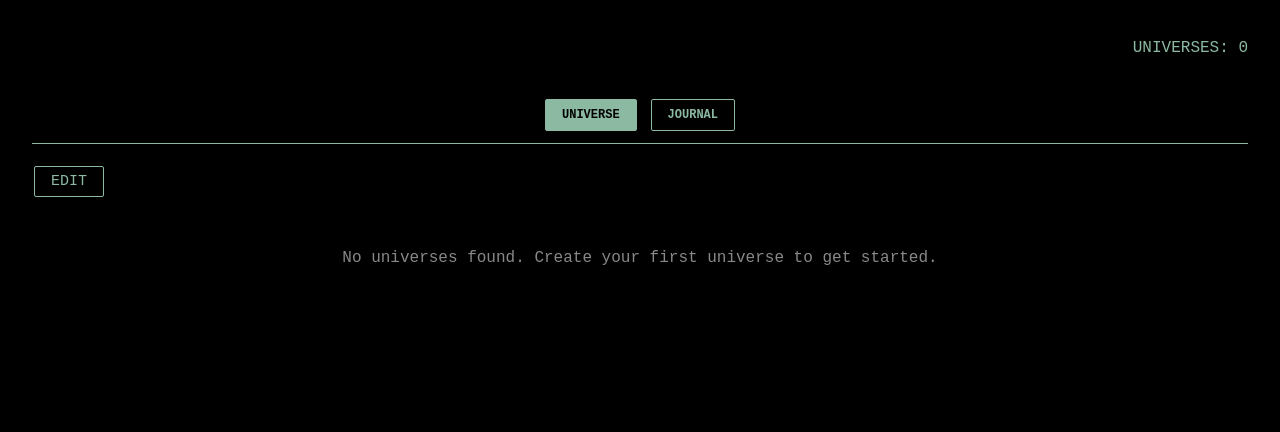
Repository: 11612x/burnlistv1.1
Page: /universes
An editor plug-in stored every save of this project. The page is shown before and after the next save, followed by the edit.
The browser window is 1280 px wide. The pictures show the whole page.
The project was rebuilt for these pictures with package versions that can differ from the ones it lists, and the page was loaded fresh each time. Also part of the build but not shown: vite.config.js, src/components/CustomTooltip.jsx, src/logic/portfolioUtils.js, src/components/WatchlistChart.jsx, src/data/randomNames.js, src/data/mockTickerGenerator.js, src/components/NotificationBanner.jsx, src/pages/HomePage.jsx and 21 more.

Above is the page before, as saved 2025-07-25 16:28:37.

### index.html
<!DOCTYPE html>
<html lang="en">
  <head>
    <meta charset="UTF-8" />
    <meta name="viewport" content="width=device-width, initial-scale=1.0, maximum-scale=1.0, user-scalable=no" />
    <meta name="apple-mobile-web-app-capable" content="yes" />
    <meta name="apple-mobile-web-app-status-bar-style" content="black-translucent" />
    <meta name="theme-color" content="#000000" />
    <meta name="mobile-web-app-capable" content="yes" />
    <title>Burnlist</title>
    <link rel="icon" type="image/x-icon" href="/favicon.ico" />
    <link rel="apple-touch-icon" href="/favicon.ico" />
  </head>
  <body>
    <div id="root"></div>
    <script type="module" src="/src/main.jsx"></script>
  </body>
</html>

### src/main.jsx
import React from 'react';
import ReactDOM from 'react-dom/client';
import App from './App';
import './index.css';
import MockWatchlistPage from './pages/MockWatchlistPage';

console.log("MAIN.JSX is running");


ReactDOM.createRoot(document.getElementById('root')).render(<App />);

### src/App.jsx
// React core and lifecycle
import React, { useState, useEffect } from "react";
// React Router for routing
import { BrowserRouter as Router, Routes, Route } from "react-router-dom";
// App pages
import Home from "@pages/HomePage";
import BurnPage from "@pages/burnPage";
import MockWatchlistPage from "@pages/MockWatchlistPage";
import UniverseScreenerPage from "@pages/UniverseScreenerPage";
import UniverseHomePage from "@pages/UniverseHomePage";
import TradeDashboard from './pages/TradeDashboard';
import TradeJournal from './pages/TradeJournal';
import AddStockPricePage from './pages/AddStockPricePage';
// Fetch manager for cleanup
import { fetchManager } from '@data/fetchManager';
import { ThemeProvider } from './ThemeContext';
import MobileNavigation from './components/MobileNavigation';


function App() {
  // Load watchlists from localStorage or default to empty object
  const [watchlists, setWatchlists] = useState(() => {
    try {
      const saved = localStorage.getItem("burnlist_watchlists");
      console.log("Loaded watchlists from localStorage:", saved);
      return saved ? JSON.parse(saved) : {};
    } catch {
      return {};
    }
  });

  // Persist watchlists to localStorage on changes
  useEffect(() => {
    console.log("Saving watchlists to localStorage:", watchlists);
    localStorage.setItem("burnlist_watchlists", JSON.stringify(watchlists));
  }, [watchlists]);

  // Cleanup fetch manager on app unmount
  useEffect(() => {
    return () => {
      fetchManager.cleanup();
    };
  }, []);

  return (
    <ThemeProvider>
      <Router>
        <Routes>
          <Route
            path="/"
            element={<Home watchlists={watchlists} setWatchlists={setWatchlists} />}
          />
          <Route
            path="/watchlist/:slug"
            element={<BurnPage watchlists={watchlists} setWatchlists={setWatchlists} />}
          />
          {/* Route for mock watchlist testing - remove when not needed */}
          <Route path="/mockwatchlist" element={<MockWatchlistPage />} />
          {/* Route for Universe Homepage */}
          <Route path="/universes" element={<UniverseHomePage />} />
          {/* Route for Universe Screener */}
          <Route path="/universe/:slug" element={<UniverseScreenerPage />} />
          <Route path="/trade" element={<TradeDashboard />} />
          <Route path="/journal" element={<TradeJournal />} />
          <Route path="/add-stock-price" element={<AddStockPricePage />} />
        </Routes>
        <MobileNavigation />
      </Router>
    </ThemeProvider>
  );
}

export default App;

### src/pages/UniverseHomePage.jsx
import React, { useEffect, useState, useRef, useMemo, useCallback } from 'react';
import { Link, useNavigate, useLocation } from 'react-router-dom';
import { v4 as uuidv4 } from 'uuid';
import NotificationBanner from '@components/NotificationBanner';
import CustomButton from '@components/CustomButton';
import { useTheme, useThemeColor } from '../ThemeContext';
import { formatDateEuropean } from '../utils/dateUtils';

const CRT_GREEN = 'rgb(140,185,162)';

const UniverseHomePage = () => {
  const navigate = useNavigate();
  const location = useLocation();
  const [universes, setUniverses] = useState({});
  const [notification, setNotification] = useState('');
  const [notificationType, setNotificationType] = useState('info');
  const [editMode, setEditMode] = useState(false);
  const [justClicked, setJustClicked] = useState(false);
  const [isLoading, setIsLoading] = useState(false);
  const [error, setError] = useState(null);

  const { isInverted } = useTheme();
  const green = useThemeColor(CRT_GREEN);
  const black = useThemeColor('black');
  const red = useThemeColor('#e31507');
  const gray = useThemeColor('#888');

  // Load universes from localStorage on mount
  useEffect(() => {
    try {
      const saved = localStorage.getItem("burnlist_universes");
      if (saved) {
        const parsed = JSON.parse(saved);
        setUniverses(parsed);
      }
    } catch (error) {
      console.error("Failed to load universes:", error);
    }
  }, []);

  // Save universes to localStorage when they change
  useEffect(() => {
    localStorage.setItem("burnlist_universes", JSON.stringify(universes));
  }, [universes]);

  const handleCreateUniverse = () => {
    setJustClicked(true);
    setTimeout(() => setJustClicked(false), 150);

    const currentDate = formatDateEuropean(new Date());

    const universeName = `Universe ${currentDate}`;
    const universeId = uuidv4();
    const universeSlug = universeName.toLowerCase().replace(/[^a-z0-9]/g, '-');

    // Check if name already exists (case-insensitive)
    const exists = Object.values(universes).some(u => u.name && u.name.toLowerCase() === universeName.toLowerCase());
    if (exists) {
      setNotification('⚠️ Universe name already exists');
      setNotificationType('error');
      return;
    }

    const newUniverse = {
      id: universeId,
      name: universeName,
      slug: universeSlug,
      items: [],
      reason: '',
      createdAt: new Date().toISOString(),
    };

    const updated = { ...universes, [universeId]: newUniverse };
    setUniverses(updated);
    localStorage.setItem('burnlist_universes', JSON.stringify(updated));
    setNotification('');
  };

  const handleDeleteUniverse = (id) => {
    const keyToDelete = Object.keys(universes).find(key => universes[key].id === id);

    if (!keyToDelete) {
      console.log('🗑️ Could not find universe with id:', id);
      return;
    }

    const { [keyToDelete]: deleted, ...remaining } = universes;
    setUniverses(remaining);
    localStorage.setItem("burnlist_universes", JSON.stringify(remaining));
    if (deleted) {
      console.log('🗑️ Deleted universe:', deleted.name);
    } else {
      console.log('🗑️ Deleted universe with id:', id);
    }
  };

  const handleUpdateUniverseName = useCallback((id, newName) => {
    // Prevent duplicate names (case-insensitive, except for current)
    const duplicate = Object.values(universes).some(u => u.id !== id && u.name && u.name.toLowerCase() === newName.toLowerCase());
    if (duplicate) {
      setNotification('⚠️ Name already exists');
      setNotificationType('error');
      return;
    }
    setUniverses((prev) => {
      const updated = { ...prev };
      if (updated[id]) {
        updated[id] = { ...updated[id], name: newName, slug: newName.toLowerCase().replace(/[^a-z0-9]/g, '-') };
      }
      localStorage.setItem('burnlist_universes', JSON.stringify(updated));
      return updated;
    });
  }, [setUniverses, universes]);

  const handleUpdateUniverseReason = useCallback((id, newReason) => {
    const updated = {
      ...universes,
      [id]: {
        ...universes[id],
        reason: newReason
      }
    };
    setUniverses(updated);
    localStorage.setItem('burnlist_universes', JSON.stringify(updated));
  }, [setUniverses, universes]);

  // Track editing state and previous name for each universe
  const [editingNames, setEditingNames] = useState({}); // { [id]: { value, prev } }

  // When entering edit mode, initialize editingNames
  useEffect(() => {
    if (editMode) {
      const initial = {};
      Object.values(universes).forEach(u => {
        initial[u.id] = { value: u.name, prev: u.name };
      });
      setEditingNames(initial);
    } else {
      setEditingNames({});
    }
  }, [editMode, universes]);

  // Handler for input change (just update local state)
  const handleEditNameInput = (id, value) => {
    setEditingNames(prev => ({ ...prev, [id]: { ...prev[id], value } }));
  };

  // Handler for blur or 'Done' (validate and commit)
  const commitEditName = (id) => {
    const newName = editingNames[id]?.value || '';
    // Prevent duplicate names (case-insensitive, except for current)
    const duplicate = Object.values(universes).some(u => u.id !== id && u.name && u.name.toLowerCase() === newName.toLowerCase());
    if (duplicate) {
      setNotification('⚠️ Name already exists');
      setNotificationType('error');
      // Revert to previous name
      setEditingNames(prev => ({ ...prev, [id]: { ...prev[id], value: prev[id].prev } }));
      return;
    }
    // Commit the name change
    setUniverses((prev) => {
      const updated = { ...prev };
      if (updated[id]) {
        updated[id] = { ...updated[id], name: newName, slug: newName.toLowerCase().replace(/[^a-z0-9]/g, '-') };
      }
      localStorage.setItem('burnlist_universes', JSON.stringify(updated));
      return updated;
    });
    setEditingNames(prev => ({ ...prev, [id]: { ...prev[id], prev: newName } }));
  };

  const sortedUniverses = useMemo(() => Object.values(universes), [universes]);

  return (
    <div style={{ fontFamily: 'Courier New', color: green, backgroundColor: black, minHeight: '100vh', padding: '0' }}>
      {/* Main Content */}
      <div style={{ padding: '32px' }}>
        <div style={{ display: 'flex', justifyContent: 'space-between', marginBottom: 24 }}>
          <div>
            <strong style={{ fontSize: '170%', color: black }}>UNIVERSE SCREENER</strong>
          </div>
          <div style={{ display: 'flex', alignItems: 'center', gap: 10 }}>
            <span style={{ color: green }}>UNIVERSES: {Object.keys(universes).length}</span>
          </div>
        </div>

        {/* Navigation Buttons */}
        <div style={{
          display: 'flex',
          justifyContent: 'center',
          alignItems: 'center',
          padding: '10px 20px',
          borderBottom: `1px solid ${CRT_GREEN}`,
          background: 'rgba(0,0,0,0.3)',
          gap: '10px',
          marginBottom: '20px'
        }}>
          <CustomButton
            onClick={() => navigate('/universes')}
            style={{
              background: location.pathname === '/universes' || location.pathname.startsWith('/universe/') ? CRT_GREEN : 'transparent',
              color: location.pathname === '/universes' || location.pathname.startsWith('/universe/') ? '#000000' : CRT_GREEN,
              border: `1px solid ${CRT_GREEN}`,
              padding: '8px 16px',
              fontFamily: "'Courier New', monospace",
              fontSize: '12px',
              fontWeight: 'bold',
              cursor: 'pointer',
              transition: 'all 0.2s ease',
              minWidth: '80px',
              textAlign: 'center'
            }}
          >
            UNIVERSE
          </CustomButton>

          <CustomButton
            onClick={() => navigate('/journal')}
            style={{
              background: location.pathname === '/journal' ? CRT_GREEN : 'transparent',
              color: location.pathname === '/journal' ? '#000000' : CRT_GREEN,
              border: `1px solid ${CRT_GREEN}`,
              padding: '8px 16px',
              fontFamily: "'Courier New', monospace",
              fontSize: '12px',
              fontWeight: 'bold',
              cursor: 'pointer',
              transition: 'all 0.2s ease',
              minWidth: '80px',
              textAlign: 'center'
            }}
          >
            JOURNAL
          </CustomButton>
        </div>

      <div style={{ display: 'flex', justifyContent: 'space-between', alignItems: 'center', marginBottom: 16 }}>
        <style>
          {`
            .clicked-button {
              background-color: ${black} !important;
              color: ${green} !important;
            }
          `}
        </style>
        <CustomButton
          onClick={() => {
            setEditMode(!editMode);
            console.log('🛠️ Edit mode:', !editMode);
          }}
          style={{
            backgroundColor: editMode ? green : black,
            color: editMode ? black : green,
          }}
        >
          {editMode ? 'DONE' : 'EDIT'}
        </CustomButton>
      </div>

      {/* Centralized Notification Banner */}
      {notification && (
        <div style={{ position: 'fixed', top: 24, left: 0, right: 0, zIndex: 10001, display: 'flex', justifyContent: 'center', pointerEvents: 'none' }}>
          <div style={{ minWidth: 320, maxWidth: 480, pointerEvents: 'auto' }}>
            <NotificationBanner
              message={notification}
              type={notificationType}
              onClose={() => setNotification('')}
            />
          </div>
        </div>
      )}

      {/* Loading and error banners */}
      {isLoading && (
        <NotificationBanner
          message="Loading universes..."
          type="loading"
        />
      )}
      {error && (
        <NotificationBanner
          message={error}
          type="error"
          onClose={() => setError(null)}
        />
      )}

      {Object.keys(universes).length === 0 && (
        <p style={{ textAlign: 'center', color: gray, marginTop: '50px' }}>
          No universes found. Create your first universe to get started.
        </p>
      )}

      <div style={{
        display: 'grid',
        gridTemplateColumns: 'repeat(5, 252px)',
        rowGap: '20px',
        columnGap: '20px',
        margin: '70px 0 1px 0',
        justifyContent: 'center',
        alignItems: 'start',
      }}>
        {sortedUniverses.map((universe, idx) => {
          const tickers = universe.items || [];
                     const cardContent = (
             <div style={{
               width: 252,
               height: editMode ? 250 : 120,
               fontFamily: 'Courier New',
               background: 'transparent',
               padding: '10px 8px',
               margin: 0,
               border: `1px solid ${green}`,
               borderRadius: 0,
               boxShadow: 'none',
               display: 'flex',
               flexDirection: 'column',
               alignItems: 'stretch',
               justifyContent: 'flex-start',
               position: 'relative',
               boxSizing: 'border-box',
               overflow: 'hidden',
             }}>
              {/* Name (editable) */}
              {editMode ? (
                <input
                  value={editingNames[universe.id]?.value ?? universe.name}
                  onChange={e => handleEditNameInput(universe.id, e.target.value)}
                  onBlur={() => commitEditName(universe.id)}
                  onKeyDown={e => {
                    if (e.key === 'Enter') {
                      e.preventDefault();
                      commitEditName(universe.id);
                    }
                  }}
                  style={{
                    fontFamily: 'Courier New',
                    fontSize: 18,
                    color: green,
                    background: black,
                    border: `1px solid ${gray}`,
                    marginBottom: 4,
                    padding: '2px 4px',
                    width: '100%',
                    fontWeight: 'bold',
                    overflow: 'hidden',
                    textOverflow: 'ellipsis',
                    whiteSpace: 'nowrap',
                  }}
                />
              ) : (
                <div style={{ fontSize: 18, color: green, fontWeight: 'bold', marginBottom: 4, overflow: 'hidden', textOverflow: 'ellipsis', whiteSpace: 'nowrap' }}>
                  {universe.name || `UNIVERSE ${idx + 1}`}
                </div>
              )}
              {/* Delete button (only in edit mode) */}
              {editMode && (
                <CustomButton
                  onClick={() => handleDeleteUniverse(universe.id)}
                  style={{
                    backgroundColor: black,
                    color: red,
                    border: `1px solid ${red}`,
                    padding: '2px 6px',
                    marginBottom: 4,
                    fontSize: 10,
                    width: '100%',
                    fontWeight: 'bold'
                  }}
                >
                  DELETE
                </CustomButton>
              )}
              {/* Reason (editable) */}
              {editMode ? (
                <input
                  value={universe.reason || ''}
                  onChange={e => handleUpdateUniverseReason(universe.id, e.target.value)}
                  style={{
                    fontFamily: 'Courier New',
                    fontSize: 14,
                    color: green,
                    background: black,
                    border: `1px solid ${gray}`,
                    marginBottom: 4,
                    padding: '2px 4px',
                    width: '100%',
                    overflow: 'hidden',
                    textOverflow: 'ellipsis',
                    whiteSpace: 'nowrap',
                  }}
                  placeholder="Reason..."
                />
              ) : (
                <div style={{ fontSize: 14, color: green, marginBottom: 4, overflow: 'hidden', textOverflow: 'ellipsis', whiteSpace: 'nowrap' }}>
                  {universe.reason || 'N/A'}
                </div>
              )}
              {/* Universe info */}
              <div style={{ fontSize: 13, color: green, marginBottom: 2 }}>
                {tickers.length} tickers
              </div>
              {/* Created date */}
              <div style={{ fontSize: 11, color: gray, marginBottom: 2 }}>
                {formatDateEuropean(universe.createdAt)}
              </div>
                             {/* Status */}
               <div style={{ fontSize: 19, color: green, fontWeight: 'bold', marginBottom: 2 }}>
                 {tickers.length > 0 ? 'ACTIVE' : 'EMPTY'}
               </div>
            </div>
          );
          return (
            <div key={universe.id} style={{ margin: 0 }}>
              {editMode ? cardContent : (
                <Link to={`/universe/${universe.slug}`} style={{ textDecoration: 'none', color: 'inherit' }}>
                  {cardContent}
                </Link>
              )}
            </div>
          );
        })}
      </div>
      </div>
    </div>
  );
};

export default UniverseHomePage;

### src/ThemeContext.jsx
import React, { createContext, useContext, useState } from 'react';

const ThemeContext = createContext();

const CRT_GREEN = 'rgb(140,185,162)';
const CRT_GREEN_HEX = '#8CB9A2';
const RED = '#e31507';
const BLACK = '#000';
const BLACK2 = '#000000';

function mapColor(color, isInverted) {
  if (!isInverted) return color;
  // Normalize color string
  const c = color.trim().toLowerCase();
  // All black to CRT green
  if (c === BLACK || c === BLACK2 || c === 'black' || c.startsWith('rgb(0,0,0)')) return CRT_GREEN;
  // All CRT green to black
  if (c === CRT_GREEN || c === CRT_GREEN_HEX || c.startsWith('rgb(140,185,162)')) return BLACK;
  // All red stays red
  if (c === RED) return RED;
  // All other accents (gray, orange, white, etc.) go black
  return BLACK;
}

export function ThemeProvider({ children }) {
  const [isInverted, setIsInverted] = useState(false);
  const toggleTheme = () => setIsInverted((prev) => !prev);
  return (
    <ThemeContext.Provider value={{ isInverted, toggleTheme }}>
      {children}
    </ThemeContext.Provider>
  );
}

export function useTheme() {
  return useContext(ThemeContext);
}

export function useThemeColor(color) {
  const { isInverted } = useTheme();
  return mapColor(color, isInverted);
}

### src/components/MobileNavigation.jsx
import React from 'react';
import { Link, useLocation } from 'react-router-dom';
import CustomButton from './CustomButton';
import { useThemeColor } from '../ThemeContext';

const CRT_GREEN = 'rgb(140,185,162)';

const MobileNavigation = () => {
  const location = useLocation();
  const green = useThemeColor(CRT_GREEN);
  const black = useThemeColor('black');

  const navItems = [
    { path: '/universes', label: 'UNIVERSE' },
    { path: '/journal', label: 'DASHBOARD' },
    { path: '/', label: 'GRAPH VIEW' },
  ];

  return (
    <>
      <style>
        {`
          .mobile-nav {
            position: fixed;
            bottom: 0;
            left: 0;
            right: 0;
            background: ${black};
            border-top: 1px solid ${green};
            padding: 12px 16px;
            z-index: 1000;
            display: flex;
            justify-content: space-around;
            align-items: center;
            gap: 8px;
          }

          @media (min-width: 769px) {
            .mobile-nav {
              display: none !important;
            }
          }

          .mobile-nav-button {
            background: ${black};
            color: ${green};
            border: 1px solid ${green};
            padding: 8px 12px;
            font-family: 'Courier New', monospace;
            font-size: 12px;
            font-weight: bold;
            text-decoration: none;
            text-align: center;
            min-height: 44px;
            display: flex;
            align-items: center;
            justify-content: center;
            flex: 1;
            transition: all 0.2s ease;
            text-transform: uppercase;
            letter-spacing: 0.5px;
          }

          .mobile-nav-button:active {
            background: ${green};
            color: ${black};
          }

          @media (max-width: 480px) {
            .mobile-nav {
              padding: 8px 12px;
              gap: 6px;
            }
            .mobile-nav-button {
              font-size: 10px;
              padding: 6px 8px;
              letter-spacing: 0.3px;
            }
          }
        `}
      </style>
      <div className="mobile-nav">
        {navItems.map((item) => {
          const isActive = location.pathname === item.path;
          return (
            <Link
              key={item.path}
              to={item.path}
              className="mobile-nav-button"
              style={{
                backgroundColor: isActive ? green : black,
                color: isActive ? black : green,
              }}
            >
              {item.label}
            </Link>
          );
        })}
      </div>
    </>
  );
};

export default MobileNavigation;

### src/components/CustomButton.jsx
import React from 'react';
import { useThemeColor } from '../ThemeContext';

const CustomButton = ({ children, onClick, type = 'button', style = {}, disabled = false, mobile = false, ...props }) => {
  const bg = useThemeColor(disabled ? '#444' : '#000');
  const fg = useThemeColor('#8CB9A2');
  const border = useThemeColor('#8CB9A2');

  // Mobile-specific styles
  const mobileStyles = mobile ? {
    minHeight: '44px',
    fontSize: '16px',
    padding: '12px 16px',
    borderRadius: '0',
    transition: 'all 0.2s ease',
    ':active': {
      backgroundColor: fg,
      color: bg,
    }
  } : {};

  return (
    <button
      type={type}
      onClick={onClick}
      disabled={disabled}
      style={{
        backgroundColor: bg,
        color: fg,
        border: `1px solid ${border}`,
        padding: mobile ? '12px 16px' : '6px 16px',
        fontFamily: 'Courier New',
        fontSize: mobile ? '16px' : '15px',
        cursor: disabled ? 'not-allowed' : 'pointer',
        opacity: disabled ? 0.6 : 1,
        borderRadius: mobile ? 0 : 2,
        margin: mobile ? '4px' : '2px',
        minHeight: mobile ? '44px' : 'auto',
        transition: 'all 0.2s ease',
        ...mobileStyles,
        ...style,
      }}
      {...props}
    >
      {children}
    </button>
  );
};

export default CustomButton;

Loaded but not shown: src/data/fetchManager.js (396 lines, source omitted); src/data/finvizAdapter.js (102 lines, source omitted); src/data/normalizeTicker.js (67 lines, source omitted); src/utils/dateUtils.js (26 lines, source omitted); src/index.css (457 lines, source omitted)

After the next save:
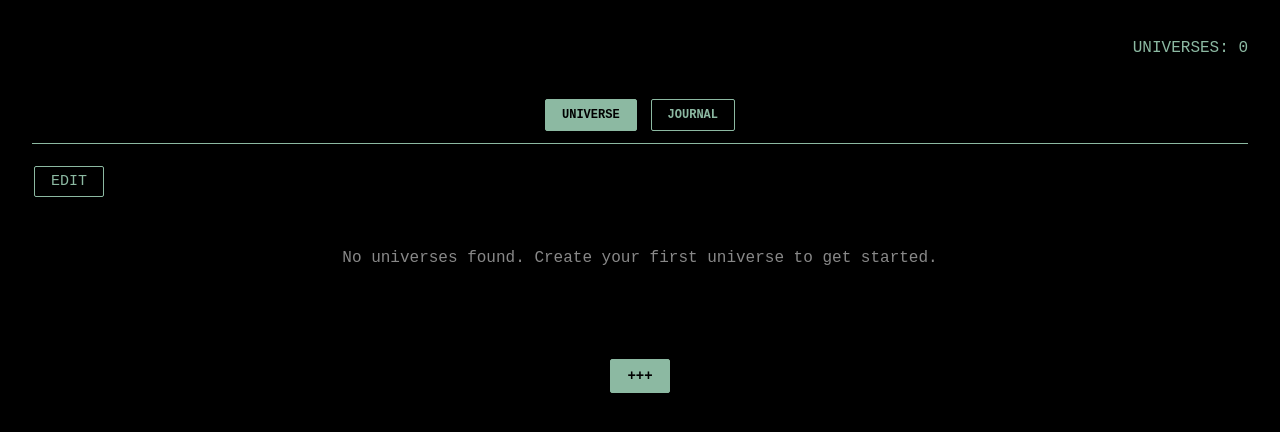
Saved 10 s later.
--- a/src/pages/UniverseHomePage.jsx
+++ b/src/pages/UniverseHomePage.jsx
@@ -421,6 +421,29 @@ const UniverseHomePage = () => {
           );
         })}
       </div>
+
+      {/* Create Universe Button */}
+      <div style={{
+        display: 'flex',
+        justifyContent: 'center',
+        marginTop: '20px',
+        marginBottom: '20px'
+      }}>
+        <CustomButton
+          onClick={handleCreateUniverse}
+          className={justClicked ? 'clicked-button' : ''}
+          style={{
+            backgroundColor: green,
+            color: black,
+            transition: 'all 0.2s ease-in-out',
+            padding: '8px 16px',
+            fontSize: '14px',
+            fontWeight: 'bold'
+          }}
+        >
+          +++
+        </CustomButton>
+      </div>
       </div>
     </div>
   );
